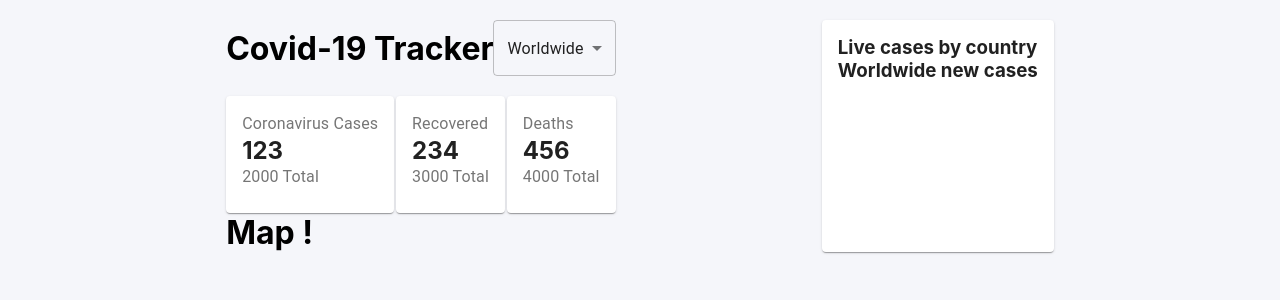
Repository: aashajo/covid-tracker-app-react
Page: /
These files come from the project's save history. The page is drawn as it stood at one moment and after the next save; the edit follows.
The browser window is 1280 px wide. The pictures show the whole page.
The page's requests for data from a server got no answer. The project was rebuilt for these pictures with package versions that can differ from the ones it lists, and the page was loaded fresh each time. No one was signed in, and anything a server would have sent is missing.

Above is the page before, as saved 2020-08-25 22:51:03.

### src/App.js
import React, { useState, useEffect } from "react";
import {
  MenuItem,
  FormControl,
  Select,
  Card,
  CardContent,
} from "@material-ui/core";
import "./App.css";
import Infobox from "./Infobox";
import Map from "./Map";

function App() {
  const [countries, setCountries] = useState([]); //State --> Variable declaration in React
  const [country, setCountry] = useState("worldwide");
  useEffect(() => {
    //useEffect --> Code inside useEffect will run once when the component loads and not againRuns a set of code based on given condition
    const getCountriesData = async () => {
      //async - send a req, wait for it then do somthing
      await fetch("https://disease.sh/v3/covid-19/countries")
        .then((response) => response.json())
        .then((data) => {
          const countries = data.map((country) => ({
            name: country.country, // United States, United Kingdom
            value: country.countryInfo.iso2, // UK, USA, FR
          }));
          setCountries(countries);
        });
    };
    getCountriesData();
  }, []);

  const onCountryChange = async (e) => {
    const countryCode = e.target.value;

    setCountry(countryCode);
  };

  return (
    <div className="app">
      <div className="app_left">
        {/* Header - Title and Input */}
        <div className="app_header">
          <h1> Covid-19 Tracker </h1>

          <FormControl className="app_dropdown">
            <Select
              variant="outlined"
              onChange={onCountryChange}
              value={country}
            >
              <MenuItem value="worldwide">Worldwide</MenuItem>
              {/* Loop thru countries for dropdown */}
              {countries.map((country) => (
                <MenuItem value={country.value}>{country.name}</MenuItem>
              ))}
            </Select>
          </FormControl>
        </div>

        {/* Info Box */}
        <div className="app_stats">
          <Infobox title="Coronavirus Cases" cases={123} total={2000} />
          <Infobox title="Recovered" cases={234} total={3000} />
          <Infobox title="Deaths" cases={456} total={4000} />
        </div>

        {/* Map */}
        <Map />
      </div>

      <Card className="app_right">
        <CardContent>
          <h3>Live cases by country</h3>
               {/* Table */}
          <h3>Worldwide new cases</h3>
          {/* Graph */}
        </CardContent>
      </Card>
    </div>
  );
}

export default App;

### src/App.css
* {
  margin: 0;
}

body {
  background-color: #f5f6fa;
}

.app {
  display: flex;
  justify-content: space-evenly;
  padding: 20px;
}

.app_header {
  display: flex;
  align-items: center;
  margin-bottom: 20px;
  justify-content: space-between;
}

.app_stats {
  display: flex;
  justify-content: space-between;
}

@media (max-width: 990px) {
  .app {
    flex-direction: column;
  }
}

### src/Infobox.js
import React from "react";
import { Card, CardContent, Typography } from "@material-ui/core";

function Infobox({ title, cases, total }) {
  return (
    <Card>
      <CardContent>
        <Typography className="infobox_title" color="textSecondary">{title}</Typography>

        <h2 className="infobox_cases">{cases}</h2>

        <Typography className="infobox_total" color="textSecondary">{total} Total</Typography>
      </CardContent>
    </Card>
  );
}

export default Infobox;

### src/Map.js
import React from 'react'

function Map() {
    return (
        <div className="map">
            <h1>Map !</h1>

        </div>
    )
}

export default Map

Loaded but not shown: public/index.html (common file); src/index.js (common file); src/index.css (common file); src/serviceWorker.js (common file)

After the next save:
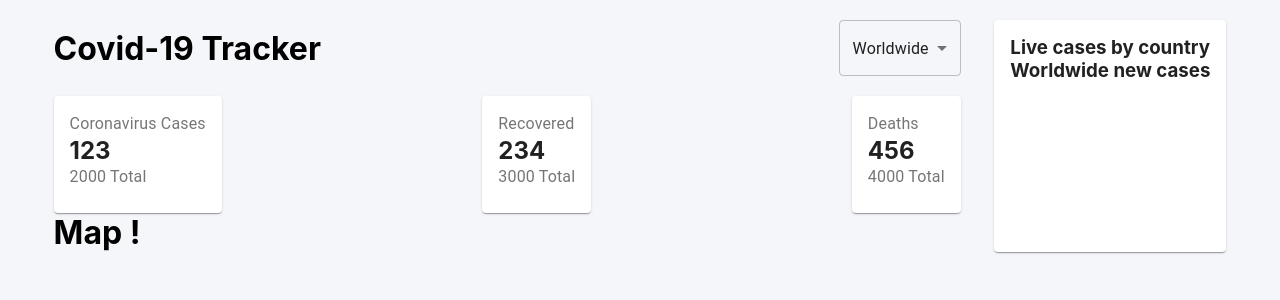
Saved 4 min 9 s later.
--- a/src/App.css
+++ b/src/App.css
@@ -19,6 +19,11 @@ body {
   justify-content: space-between;
 }
 
+.app_left {
+  /* 0.9 -> 90% of the screen */
+  flex: 0.9;
+}
+
 .app_stats {
   display: flex;
   justify-content: space-between;
